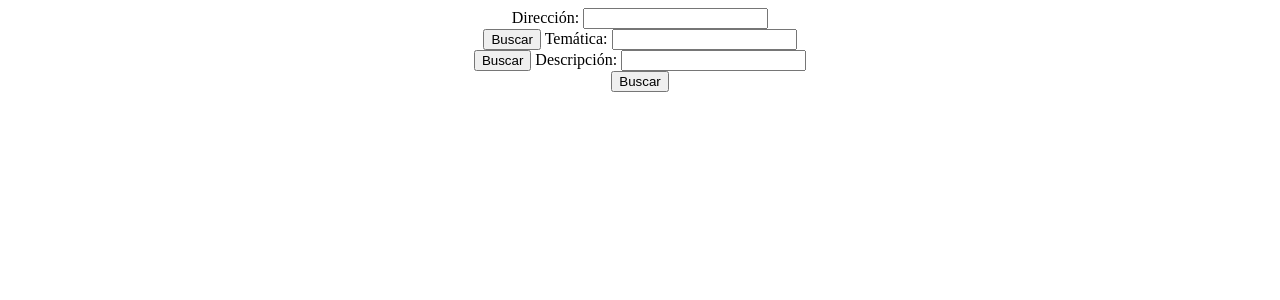
Repository: Jorgee-sk/Ws-Spring
Page: http://localhost/02_buscador_spring/addPagina.jsp
The author's editor kept a copy of each file at every save. The page is drawn from the files as they stood at one save, then again after the next save.
The browser window is 1280 px wide. The pictures show the whole page.
The page is served by Tomcat 9. Other server files are loaded and not shown.

Above is the page before, as saved 2022-04-18 10:48:43.

### 02_buscador_spring/src/main/webapp/addPagina.jsp
<!DOCTYPE html>
<html>
<head>
<meta charset="ISO-8859-1">
<title>Insert title here</title>
</head>
<body>
	<center>
		<form action="Anadir">
			Dirección: <input type="text" name="direccion"><br>
			<input type="submit" value="Buscar">

			Temática: <input type="text" name="tema"><br>
			<input type="submit" value="Buscar">

			Descripción: <input type="text" name="descripcion"><br>

			<input type="submit" value="Buscar">
		</form>

	</center>
</body>
</html>

After the next save:
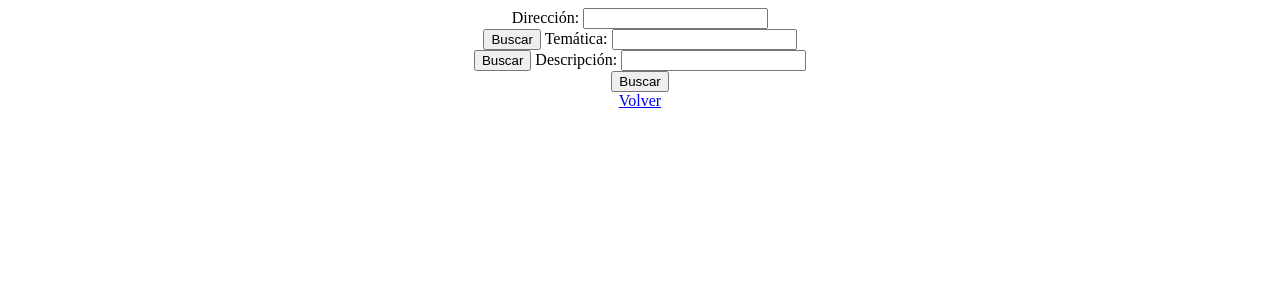
Saved 32 s later.
--- a/02_buscador_spring/src/main/webapp/addPagina.jsp
+++ b/02_buscador_spring/src/main/webapp/addPagina.jsp
@@ -16,6 +16,8 @@
 			Descripción: <input type="text" name="descripcion"><br>
 
 			<input type="submit" value="Buscar">
+			<br>
+	<a href="datos.jsp">Volver</a>
 		</form>
 
 	</center>
